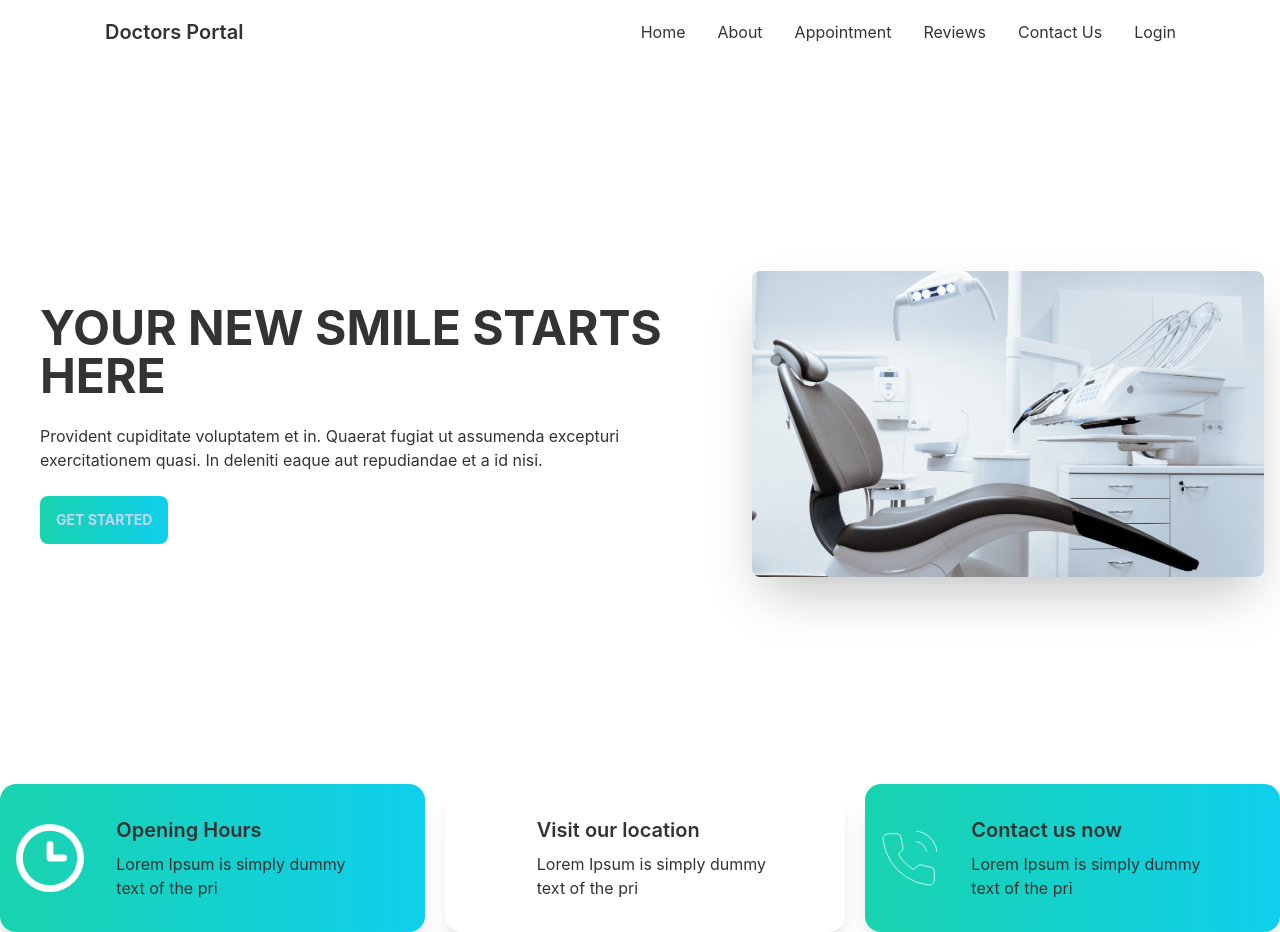
Repository: shikubro90/doctorsportal
Page: /
These files come from the project's save history. The page is drawn as it stood at one moment and after a run of saves; the edit follows.
The browser window is 1280 px wide. The pictures show the whole page.
The project was rebuilt for these pictures with package versions that can differ from the ones it lists, and the page was loaded fresh each time. Also part of the build but not shown: src/App.css, src/Pages/About/About.jsx.

Above is the page before, as saved 2022-09-28 17:10:20.

After the next 4 saves:
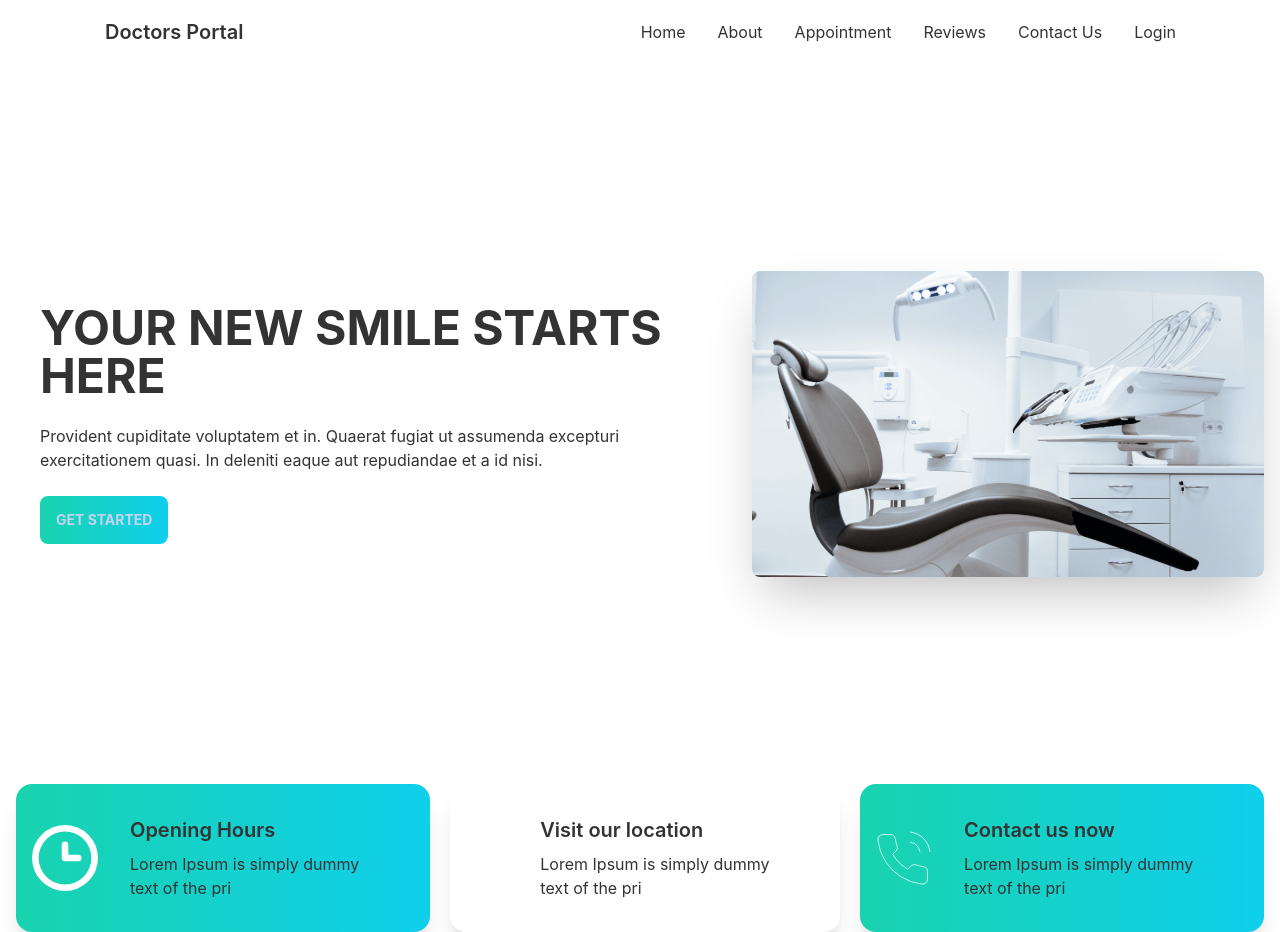
The 4 saves are shown as one change because they came seconds apart.
The last was saved 4 min 1 s later.
--- a/src/Pages/Home/BasicInfo.jsx
+++ b/src/Pages/Home/BasicInfo.jsx
@@ -3,7 +3,7 @@ import { miniCard } from '../../assets/resourse/Resourse.js'
 
 const BasicInfo = () => {
   return (
-    <div className="flex items-center justify-center gap-5">
+    <div className="flex items-center justify-center gap-5 px-4">
       {miniCard.map(({ id, icon, title, style, disc }) => {
         return (
           <MiniCard
